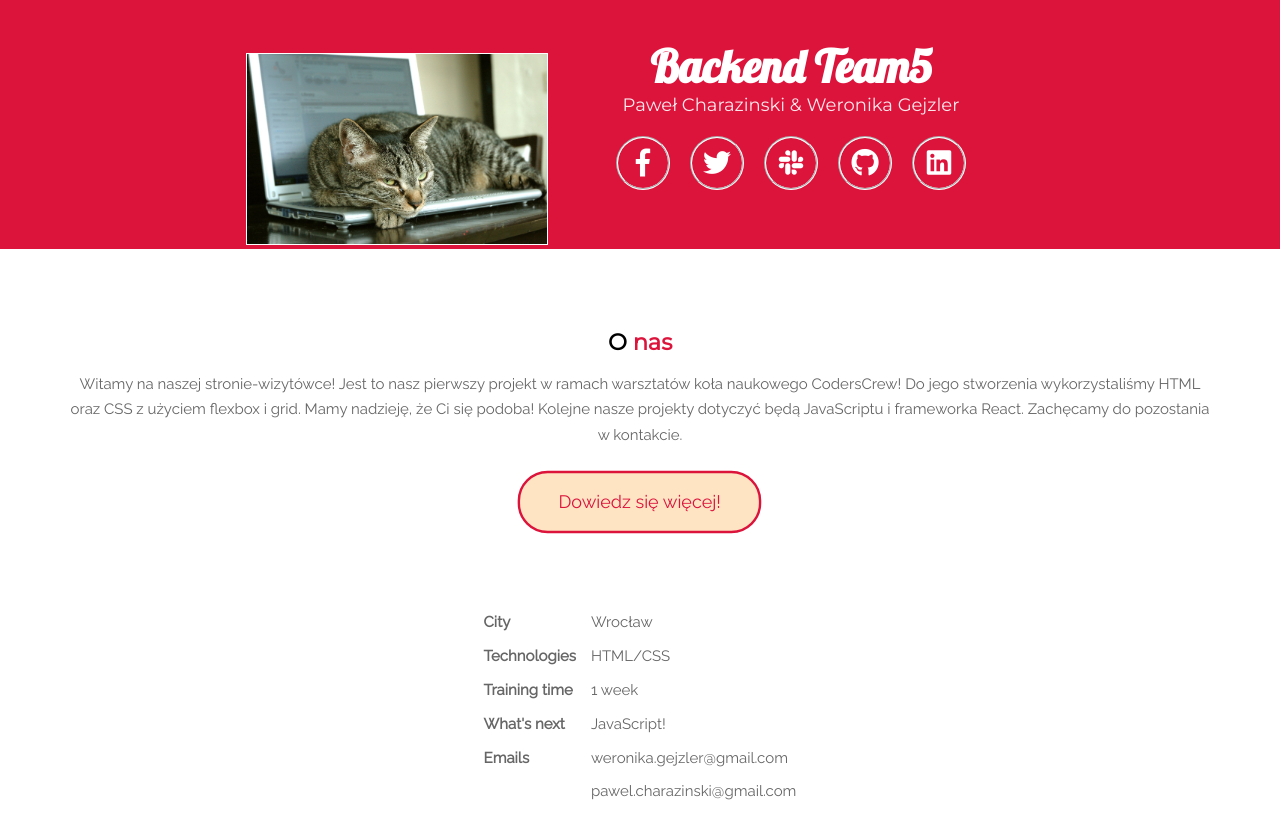
Repository: pietruszka/cc_proj1
Page: index.html
The author's editor kept a copy of each file at every save. The page is drawn from the files as they stood at one save, then again after the next save.
The browser window is 1280 px wide. The pictures show the whole page.
The pointer rests on the first visible `#button`.
Some web libraries are served in a nearby version.

Above is the page before, as saved 2018-11-18 20:29:51.

After the next save:
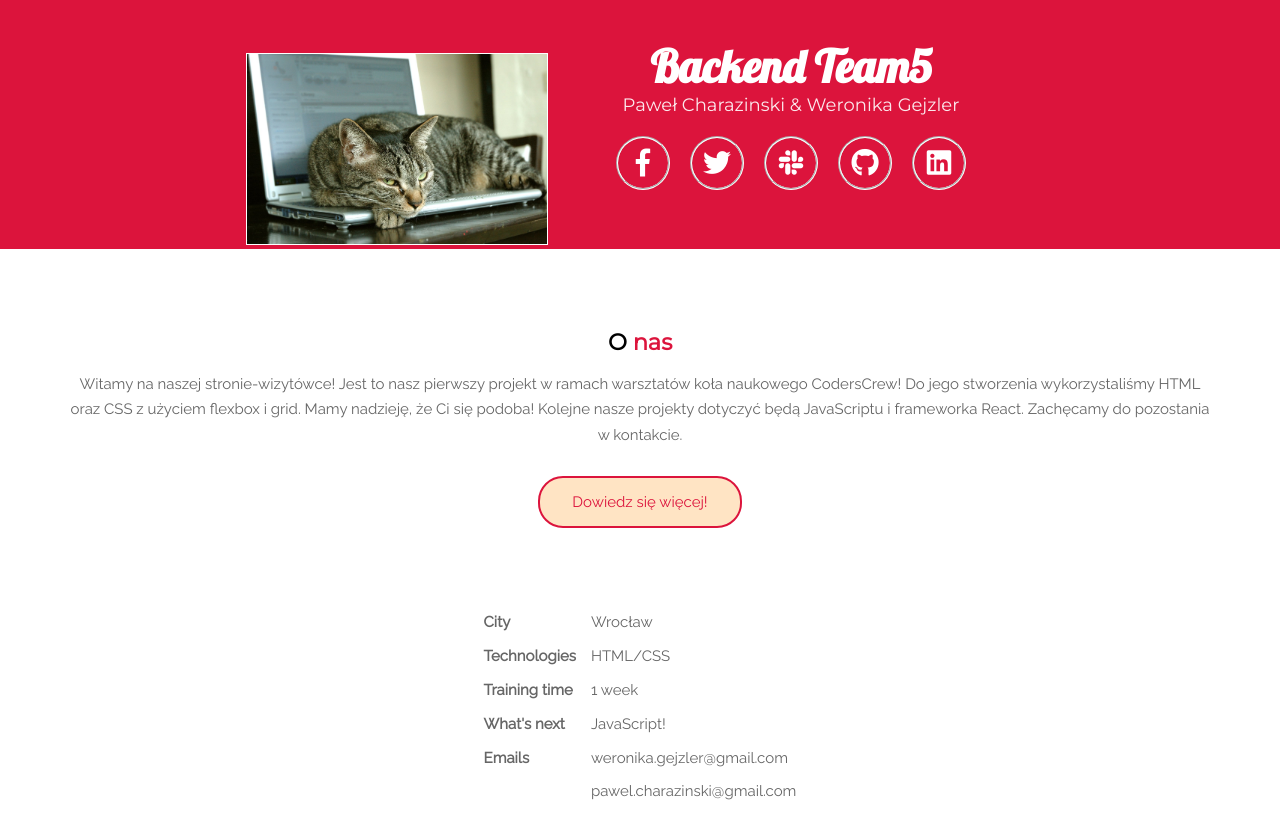
Saved 15 s later.
--- a/style.css
+++ b/style.css
@@ -150,7 +150,7 @@ Line-Height: 1.7em;
 #button:hover {
     cursor: pointer;
     background-color: bisque;
-    scale: 1.2;
+    scale
 
 }
 
